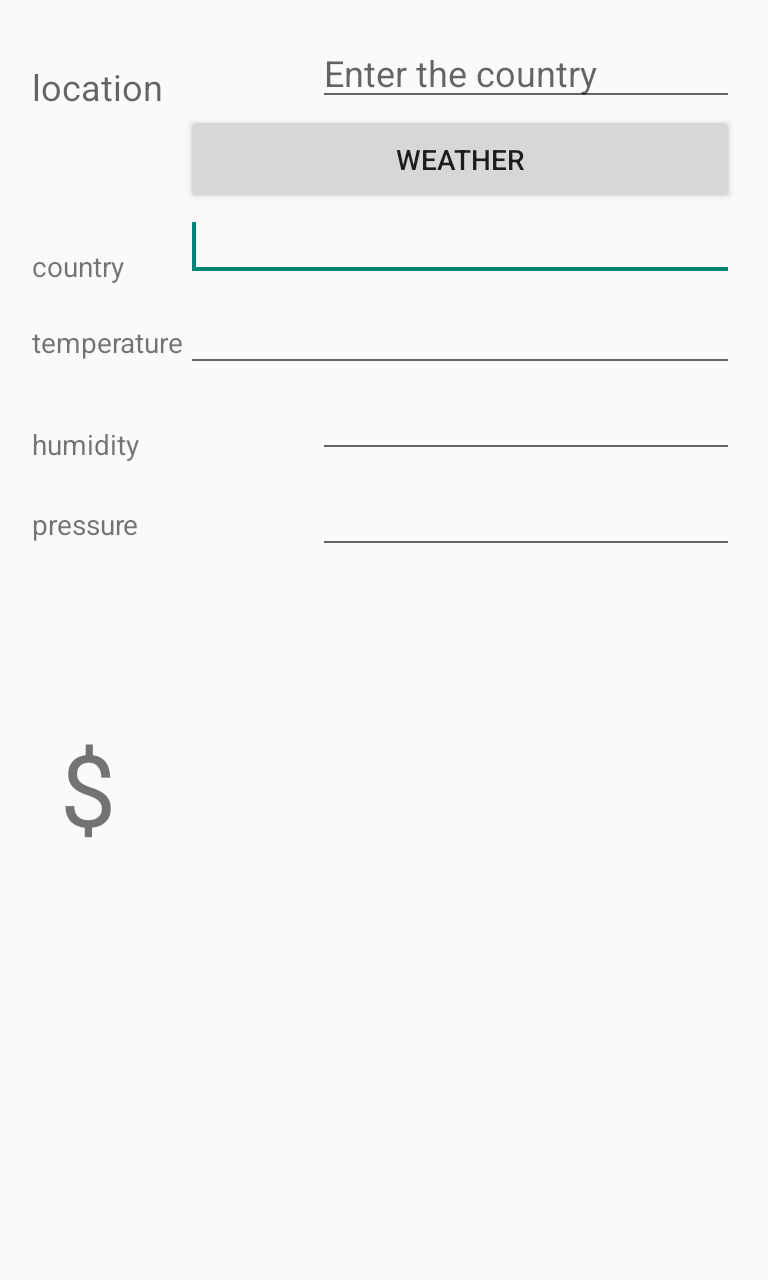
Repository: vipinvkamara/Database
Layout: Parser/res/layout/activity_main.xml
An editor plug-in stored every save of this project. The layout is shown before and after the next save, followed by the edit.
It is drawn on a 768 x 1280 px phone screen (xhdpi) without system bars, with theme AppTheme; the app's code is not run.

Above is the layout before, as saved 2015-02-13 04:52:08.

After the next save:
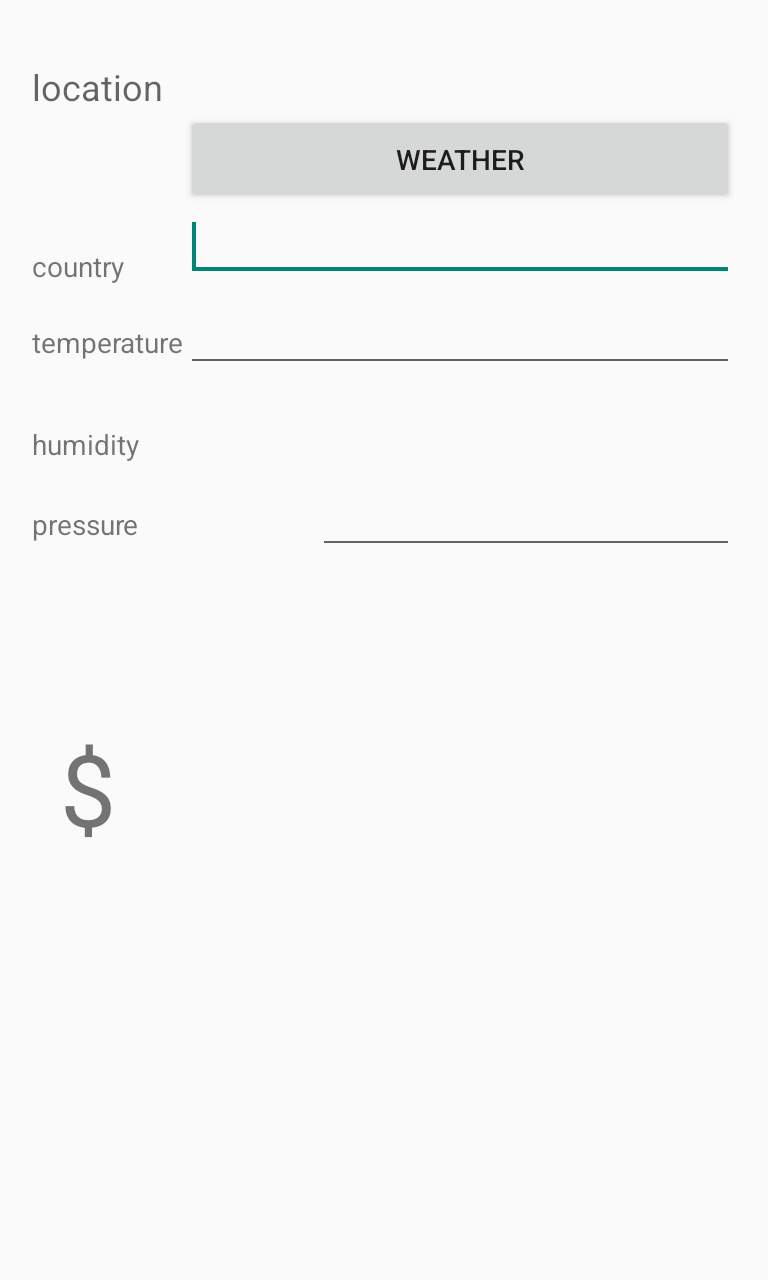
Saved 64 s later.
--- a/Parser/res/layout/activity_main.xml
+++ b/Parser/res/layout/activity_main.xml
@@ -20,7 +20,7 @@
 
     <EditText
         android:id="@+id/editText1"
-        android:layout_width="wrap_content"
+        android:layout_width="@+id/editText1"
         android:layout_height="wrap_content"
         android:layout_alignBottom="@+id/textView1"
         android:layout_alignParentRight="true"

After the save that followed:
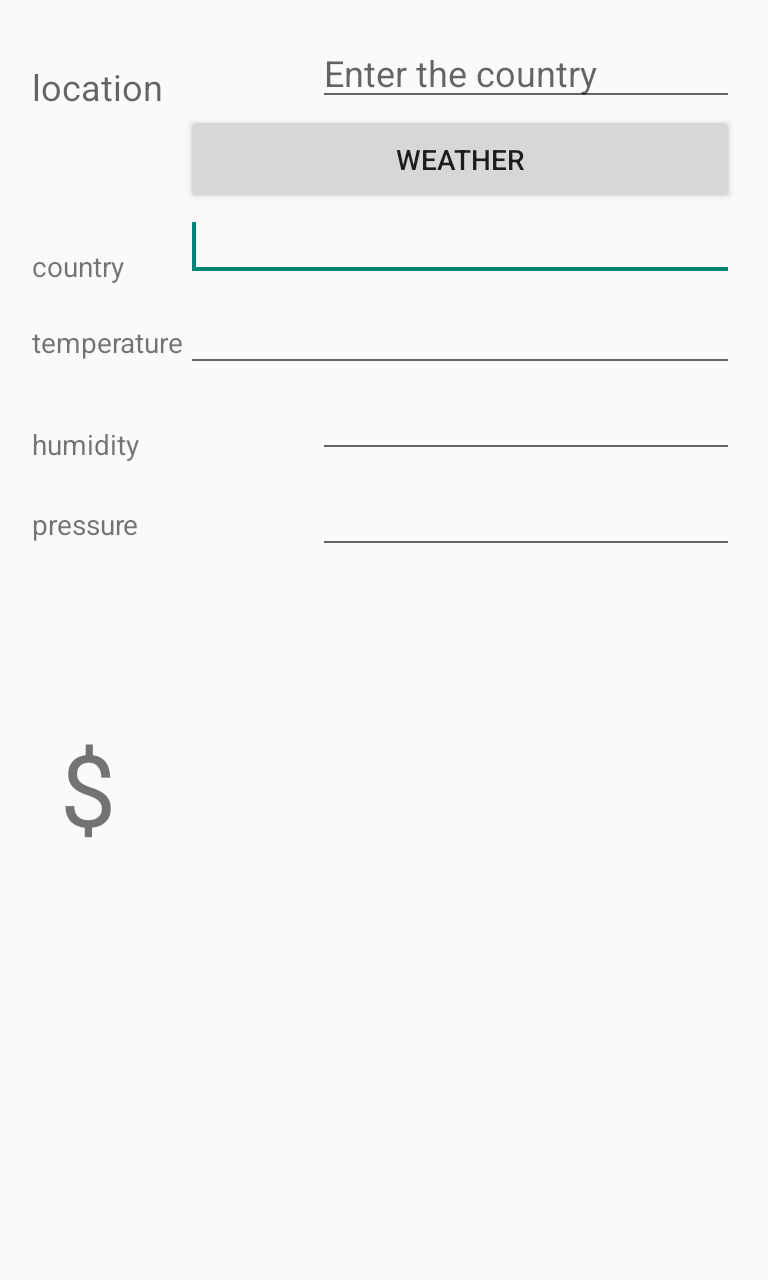
Saved 36 s later.
--- a/Parser/res/layout/activity_main.xml
+++ b/Parser/res/layout/activity_main.xml
@@ -20,7 +20,7 @@
 
     <EditText
         android:id="@+id/editText1"
-        android:layout_width="@+id/editText1"
+        android:layout_width="wrap_content"
         android:layout_height="wrap_content"
         android:layout_alignBottom="@+id/textView1"
         android:layout_alignParentRight="true"
